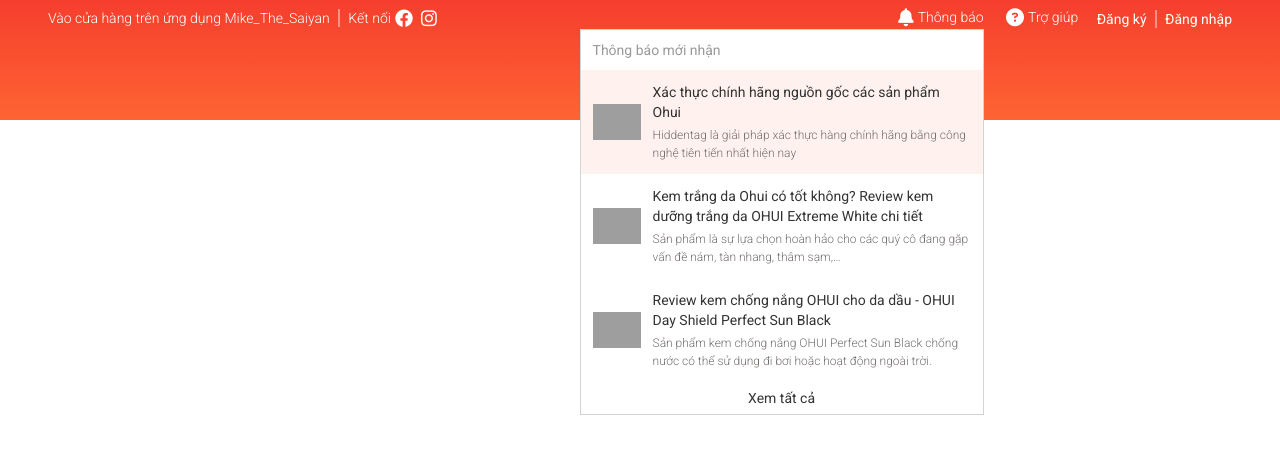
Repository: thefellowshiplotr/project_shopee
Page: index.html
An editor plug-in stored every save of this project. The page is shown before and after the next save, followed by the edit.
The browser window is 1280 px wide. The pictures show the whole page.
Pictures or frames that could not be fetched are drawn as grey boxes.

Above is the page before, as saved 2022-11-07 10:47:27.

After the next save:
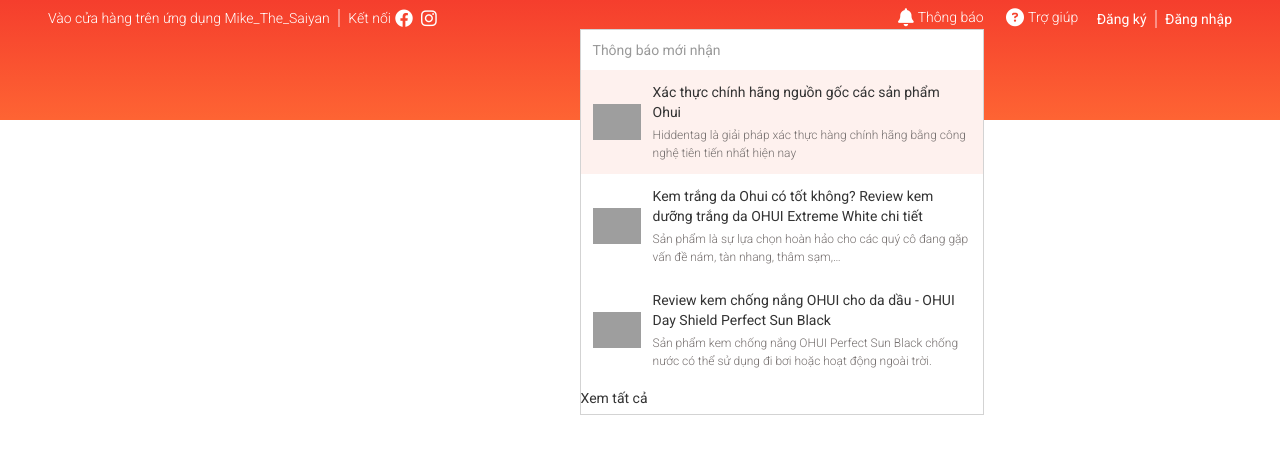
Saved 31 s later.
--- a/assets/css/main.css
+++ b/assets/css/main.css
@@ -207,7 +207,8 @@
 .header__notify-footer-btn {
   text-decoration: none;
   color: var(--text-color);
-  padding: 8px 48px;
+  width: 100%;
+  padding: 8px 0;
   margin: auto;
   font-size: 1.4rem;
   font-weight: 400;

After the save that followed:
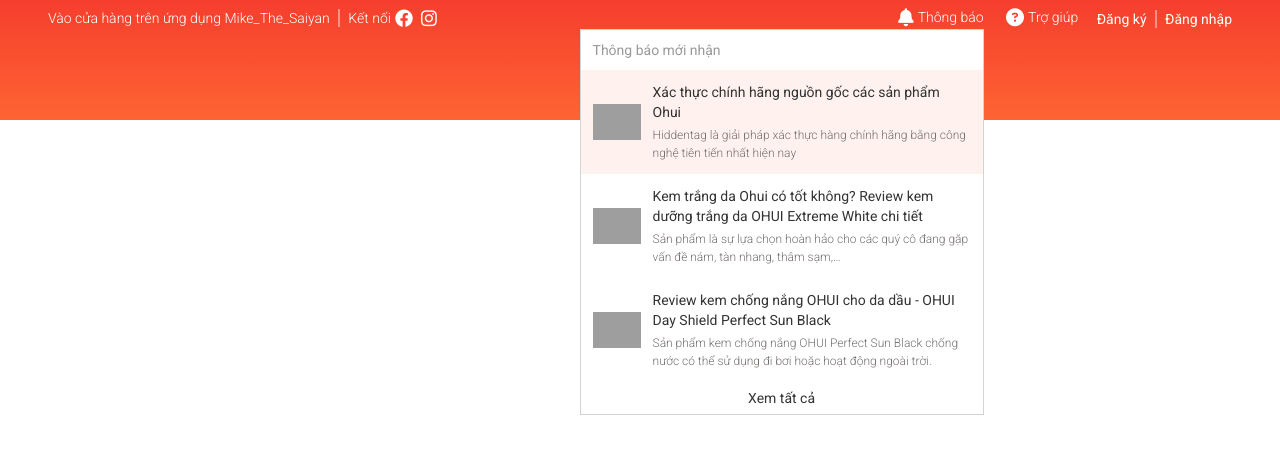
Saved 11 s later.
--- a/assets/css/main.css
+++ b/assets/css/main.css
@@ -209,7 +209,7 @@
   color: var(--text-color);
   width: 100%;
   padding: 8px 0;
-  margin: auto;
-  font-size: 1.4rem;
-  font-weight: 400;
-}
+  text-align: center;
+  font-size: 1.4rem;
+  font-weight: 400;
+}
